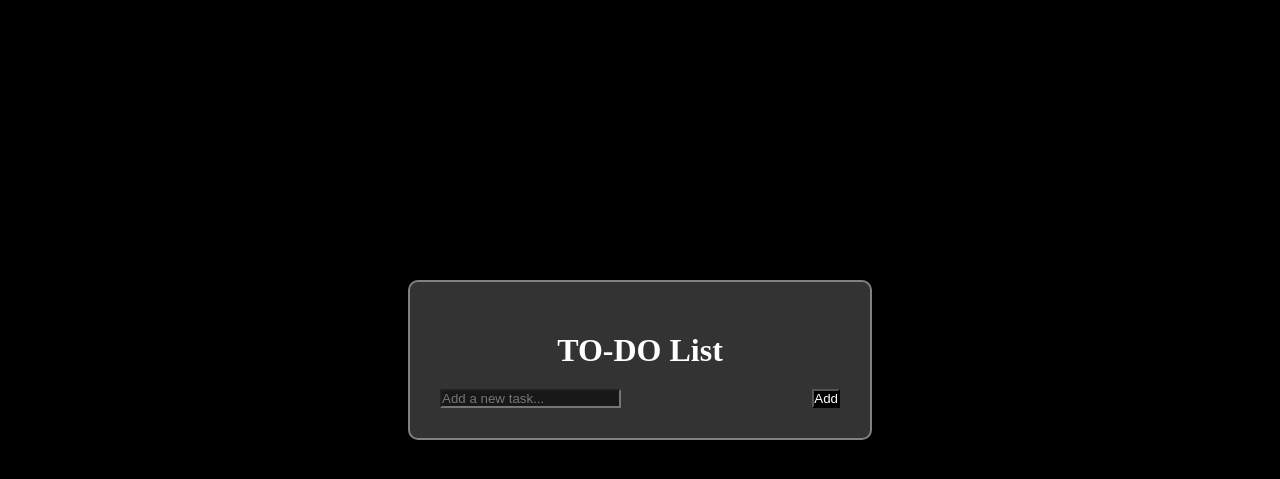
Repository: ksusmitha879-cyber/todo-list
Page: index.html
An editor plug-in stored every save of this project. The page is shown before and after the next save, followed by the edit.
The browser window is 1280 px wide. The pictures show the whole page.

Above is the page before, as saved 2025-11-28 02:29:56.

After the next save:
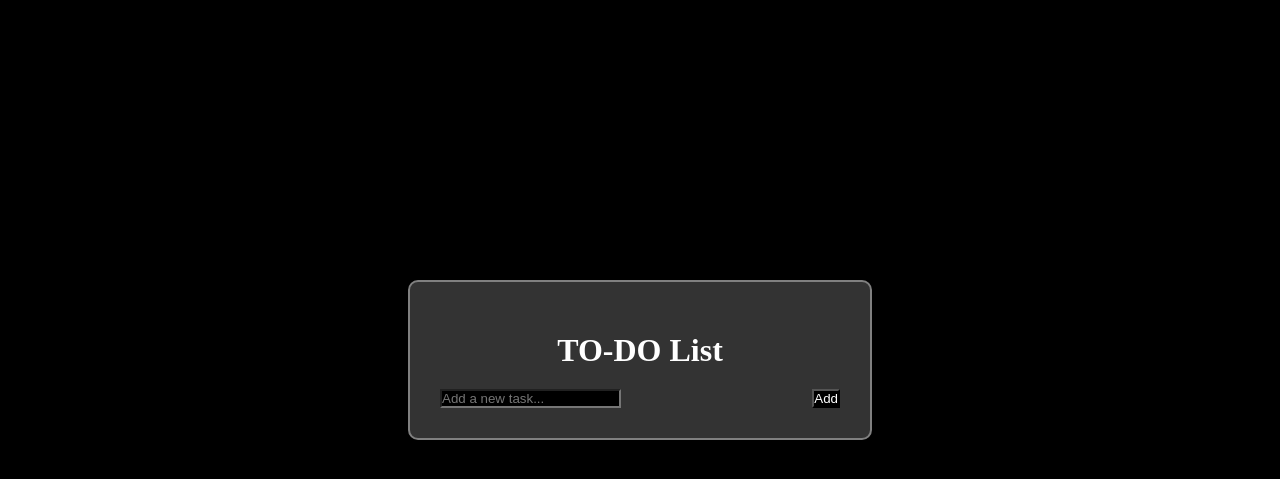
Saved 4 s later.
--- a/style.css
+++ b/style.css
@@ -32,5 +32,5 @@
     justify-content: space-between;
 }
 input{
-    background-color: rgb(25, 24, 24);
+    background-color: ;
 }

After the save that followed:
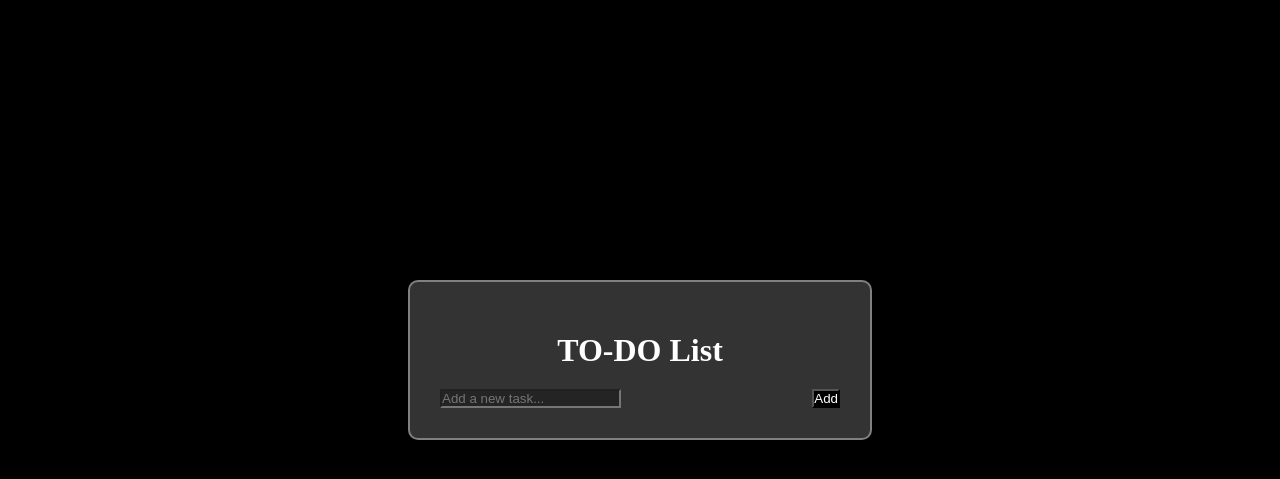
Saved 5 s later.
--- a/style.css
+++ b/style.css
@@ -32,5 +32,5 @@
     justify-content: space-between;
 }
 input{
-    background-color: ;
+    background-color: #252424;
 }
